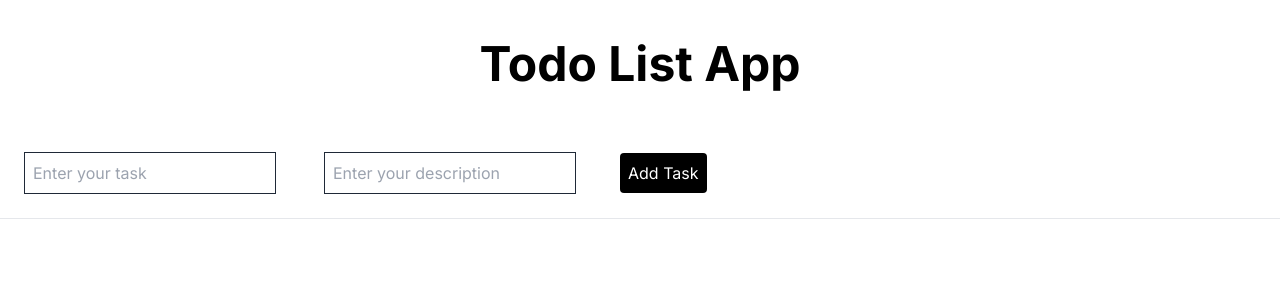
Repository: TanmayDhobale/100xdevs-cohort-2-assignments
Page: / (app in todolist/)
An editor plug-in stored every save of this project. The page is shown before and after a run of saves, followed by the edit.
The browser window is 1280 px wide. The pictures show the whole page.
The project was rebuilt for these pictures with package versions that can differ from the ones it lists, and the page was loaded fresh each time. The framework's server and built-in components were replaced by stand-ins that run in the browser. Also part of the build but not shown: todolist/next.config.js, todolist/webpack.config.js.

Above is the page before, as saved 2023-12-27 22:37:49.

### todolist/src/app/page.js
"use client"
import React, { useState } from 'react';

export default function Home() {
  const [title, settitle] = useState("");
  const [desc, setDesc] = useState("");
  const [maintask, setmaintask] = useState([""]);
  const submithandler = (e)=>{
    e.preventDefault();
    console.log(title)
    console.log(desc)
    settitle("")
    setDesc("")
  }
   let mainstack = <h1>NO task aviable </h1>
  return (
    <>
      <h1 className='hometext p-5 m-5 font-bold text-center text-5xl'>Todo List App</h1>
      <form onSubmit={submithandler}>
        <input
          type="text"
          className='border border-gray-800 p-2 m-6'
          placeholder="Enter your task"
          value={title}
          onChange={(e) => {
            settitle(e.target.value);
          }}
        />
        <input
          type="text"
          className='border border-gray-800 p-2 m-6'
          placeholder="Enter your description"
          value={desc}
          onChange={(e) => {
            setDesc(e.target.value);
          }}
        />
        <button
          className='bg-black text-white m-5 p-2 border-3 rounded'
          type="submit"

        >
          Add Task
        </button>
      </form>
      <hr></hr>


    </>
  );
}

Loaded but not shown: todolist/src/app/layout.js (common file); todolist/src/app/globals.css (common file); todolist/tailwind.config.js (common file)

After the next 10 saves:
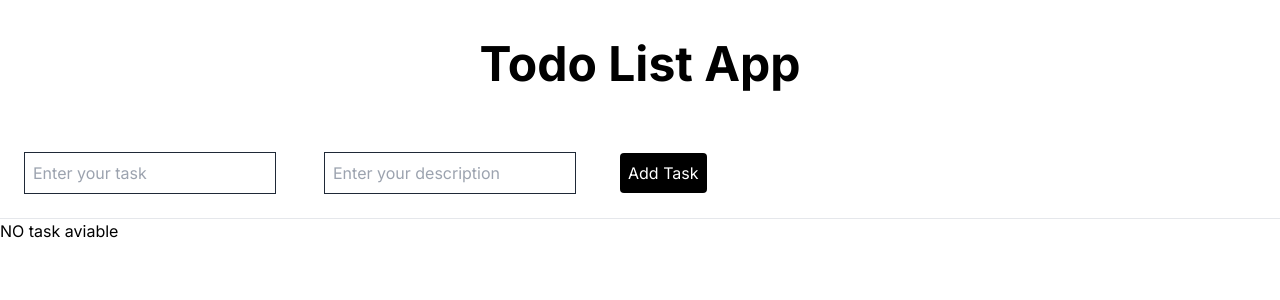
The 10 saves are shown as one change because 5 did not build or start and some came seconds apart.
The last was saved 50 s later.
--- a/todolist/src/app/page.js
+++ b/todolist/src/app/page.js
@@ -12,7 +12,7 @@ export default function Home() {
     settitle("")
     setDesc("")
   }
-   let mainstack = <h1>NO task aviable </h1>
+   let rendertask = <h1>NO task aviable </h1>
   return (
     <>
       <h1 className='hometext p-5 m-5 font-bold text-center text-5xl'>Todo List App</h1>
@@ -44,6 +44,11 @@ export default function Home() {
         </button>
       </form>
       <hr></hr>
+      <div>
+        <ul>
+          {rendertask}
+        </ul>
+      </div>
 
 
     </>
